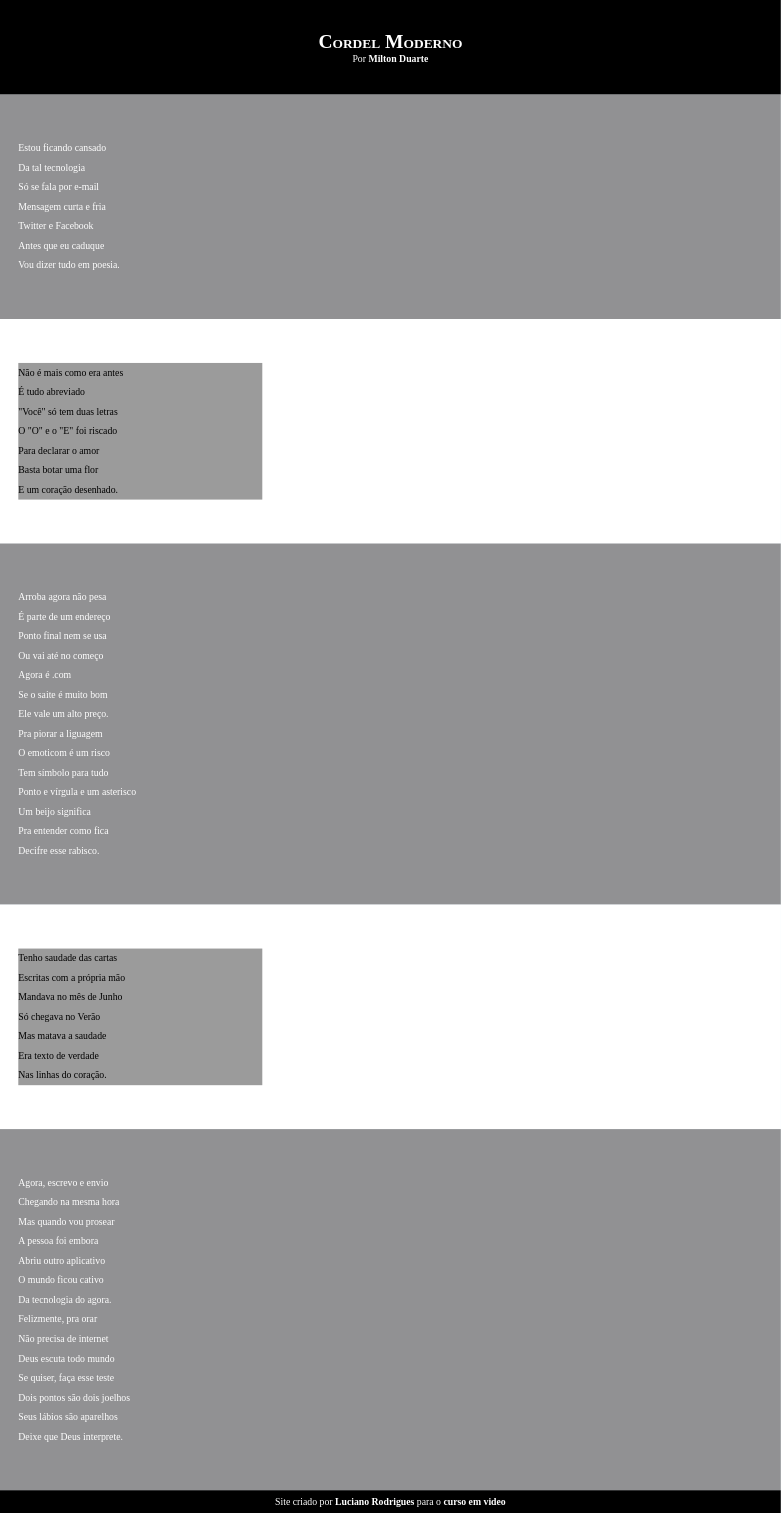
Repository: Lucianorodriguesdev/cursoHTML-CSS
Page: dasafios/index.html
The author's editor kept a copy of each file at every save. The page is drawn from the files as they stood at one save, then again after the next save.
The browser window is 1280 px wide. The pictures show the whole page, at 61% of full size.
Some web fonts or font styles are not loaded; a fallback is used.

Above is the page before, as saved 2026-06-17 09:52:18.

After the next save:
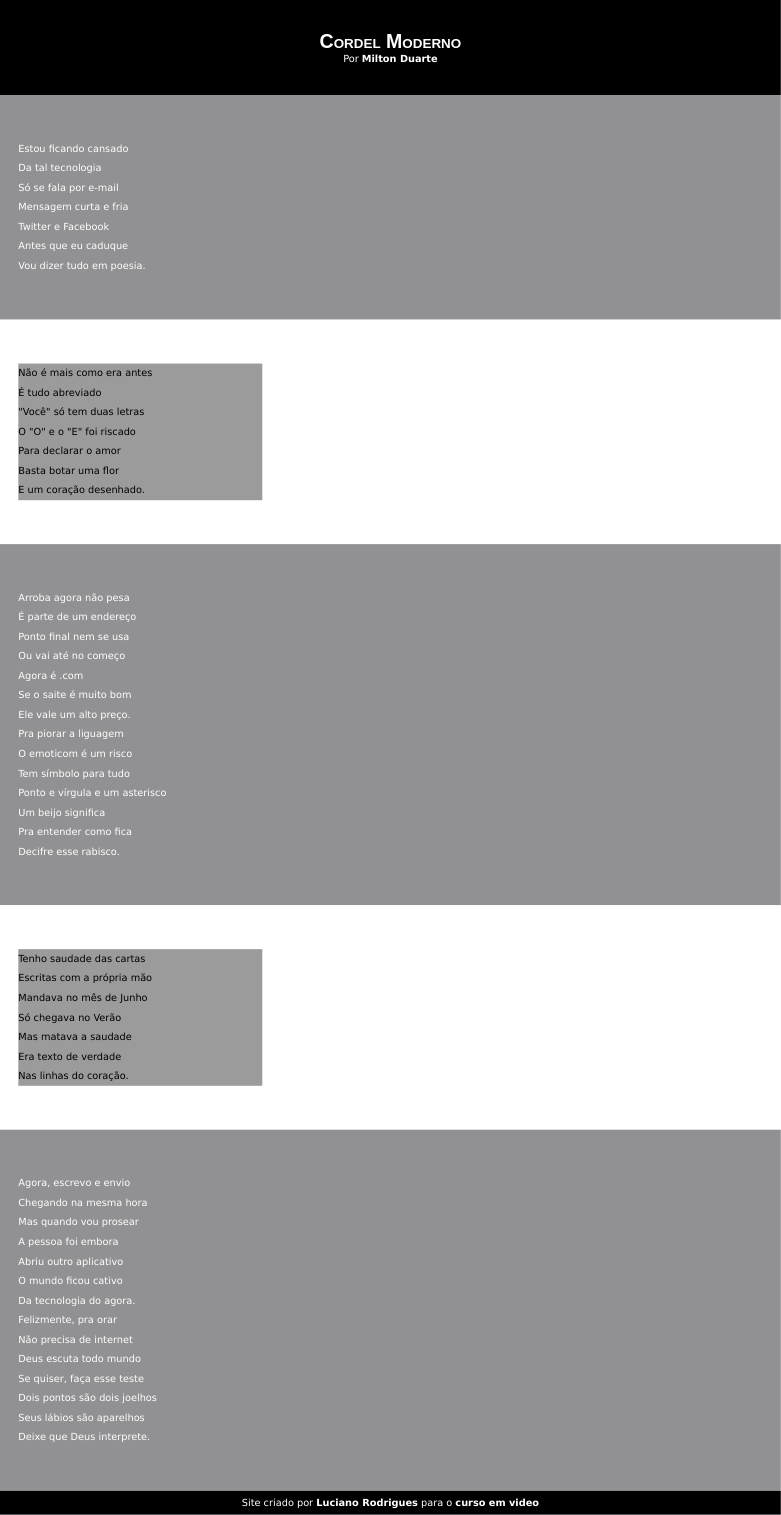
Saved 46 s later.
--- a/dasafios/estilo/style.css
+++ b/dasafios/estilo/style.css
@@ -15,6 +15,7 @@
 body{
     min-height: 100vh;
     background-color: aliceblue;
+    font-family: var(--fonte1);
 }
 header{
     background-color: black;
@@ -25,6 +26,7 @@ header> h1{
     color: white;
     padding-top: 50px;
     font-variant: small-caps;
+    font-family: var(--fonte2);
 
 }
 header>p{
